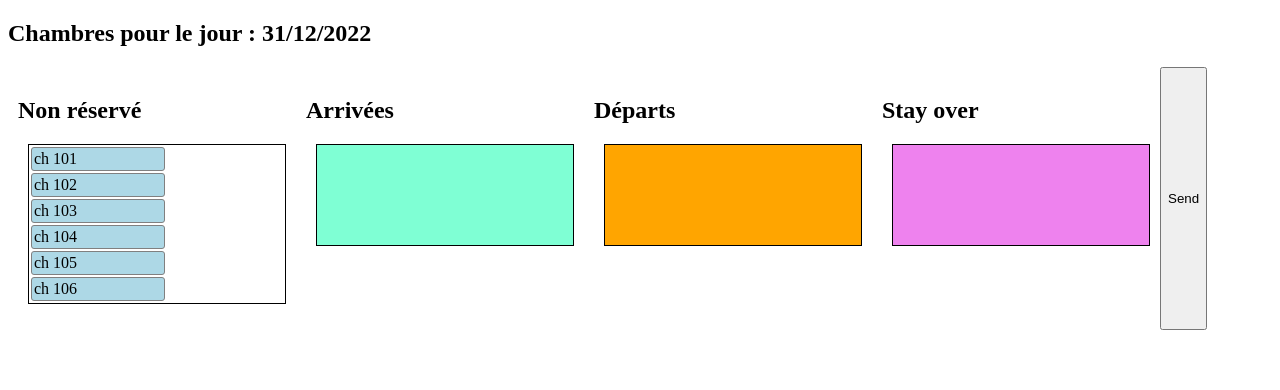
Repository: boschierob/order-app
Page: drag.html
An editor plug-in stored every save of this project. The page is shown before and after the next save, followed by the edit.
The browser window is 1280 px wide. The pictures show the whole page.
Some web libraries are served in a nearby version.

Above is the page before, as saved 2023-01-01 00:37:54.

### drag.html
<!DOCTYPE html>
<html lang="en">

<head>
  <meta charset="UTF-8">
  <meta http-equiv="X-UA-Compatible" content="IE=edge">
  <meta name="viewport" content="width=device-width, initial-scale=1.0">
  <link rel="stylesheet" href="http://code.jquery.com/ui/1.9.2/themes/base/jquery-ui.css" />
  <script type="text/javascript" src="http://code.jquery.com/jquery.min.js"></script>
  <script type="text/javascript" src="http://code.jquery.com/ui/1.9.2/jquery-ui.js"></script>
  <script type="text/javascript" src="http://www.pureexample.com/js/lib/jquery.ui.touch-punch.min.js"></script>


  <!-- CSS -->
  <style type="text/css">
    .items-container {
      display: flex;
    }

    .items-container>div {
      margin: 10px;
    }

    .list {
      max-width: 50%;
      background-color: lightblue;
      border: 1px solid gray;
    }

    .items .ui-selected {
      background: red;
      color: white;
      font-weight: bold;
    }

    .items {
      list-style-type: none;
      margin-left: 10px;
      padding: 0;
      width: 20vw;
      border: 1px solid;
      min-height: 100px;
    }

    .g {
      background-color: aquamarine;
    }

    .o {
      background-color: orange;
    }

    .z {
      background-color: violet;
    }

    .items li {
      margin: 2px;
      padding: 2px;
      cursor: pointer;
      border-radius: 3px;
    }



    .highlight {
      border: 2px solid red;
      font-weight: bold;
    }
  </style>

  <title>Document</title>
</head>
<!-- HTML -->

<body>
  <h2 id="date"> Chambres pour le jour : <span id="today"></span></h2>

  <div class="items-container">
    <div>
      <h2>Non réservé</h2>
      <ul id="items1" class="items ">

        <li class="list">ch 101</li>
        <li class="list">ch 102</li>
        <li class="list">ch 103</li>
        <li class="list">ch 104</li>
        <li class="list">ch 105</li>
        <li class="list">ch 106</li>
      </ul>
    </div>

    <div>
      <h2>Arrivées</h2>
      <ul id="items2" class="items g">
      </ul>

    </div>

    <div>
      <h2>Départs</h3>
        <ul id="items3" class="items o">


        </ul>

    </div>

    <div>
      <h2>Stay over</h4>
        <ul id="items4" class="items z">


        </ul>
    </div>
<button onclick="sendData()">Send</button>
  </div>

  <!-- Javascript -->
<script>
  function sendData(){
    let arrivals = document.getElementById("items2").innerText.split('\n')
    let departures = document.getElementById("items3").innerText.split('\n')
    let so = document.getElementById("items4").innerText.split('\n')
    let data = {
      "arrivals" : arrivals ,
      "departures": departures,
      "so" : so
    }
    fetch('/list', {
  method: 'POST',
  body:JSON.stringify(data),
  headers: {
    'Content-Type': 'application/json'
  }
})
.then(res => res.json())
.then(data => console.log(data));

console.log(JSON.stringify(data))
}

  let ladate = new Date();
  const el = document.querySelector("#today")
  el.innerHTML = ladate.getDate() + "/" + (ladate.getMonth() + 1) + "/" + ladate.getFullYear();

  $(function () {
    $("#items1,#items2,#items3,#items4").sortable({
      connectWith: "#items1,#items2,#items3,#items4",
      start: function (event, ui) {
        ui.item.toggleClass("highlight");
      },
      stop: function (event, ui) {
        ui.item.toggleClass("highlight");
        var element = document.getElementById("items1"); // or any other element
        //console.log(element); // logs the expandable <html>…</html>
        //console.dir(element.innerText); // logs the element’s properties and values
      }
    });
    $("#items1,#items2,#items3,#items4").disableSelection();

  });
</script>
</body>

</html>

After the next save:
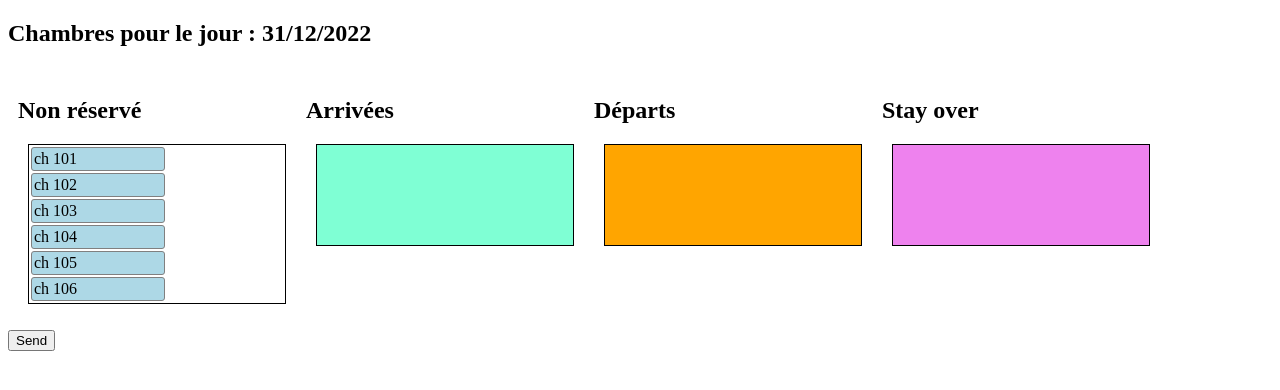
Saved 2 min 9 s later.
--- a/drag.html
+++ b/drag.html
@@ -113,8 +113,8 @@
 
         </ul>
     </div>
-<button onclick="sendData()">Send</button>
   </div>
+  <button onclick="sendData()">Send</button>
 
   <!-- Javascript -->
 <script>
